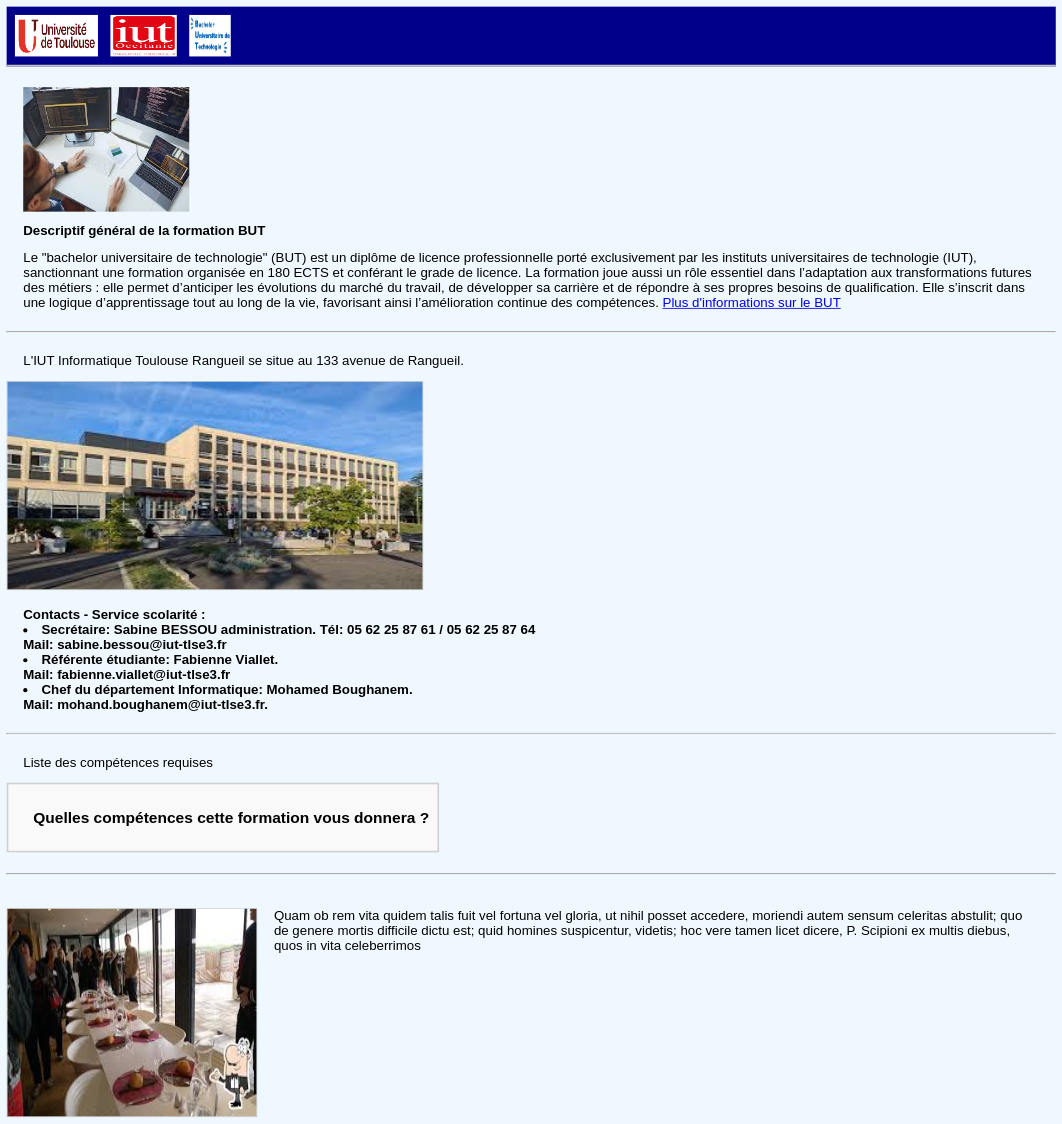
Repository: s0yManar/projet-web-R102
Page: MON.PROJET.HTML&CSS/page.accueil.html
An editor plug-in stored every save of this project. The page is shown before and after a run of saves, followed by the edit.
The browser window is 1280 px wide. The pictures show the whole page, at 83% of full size.

Above is the page before, as saved 2025-11-24 12:13:09.

After the next 9 saves:
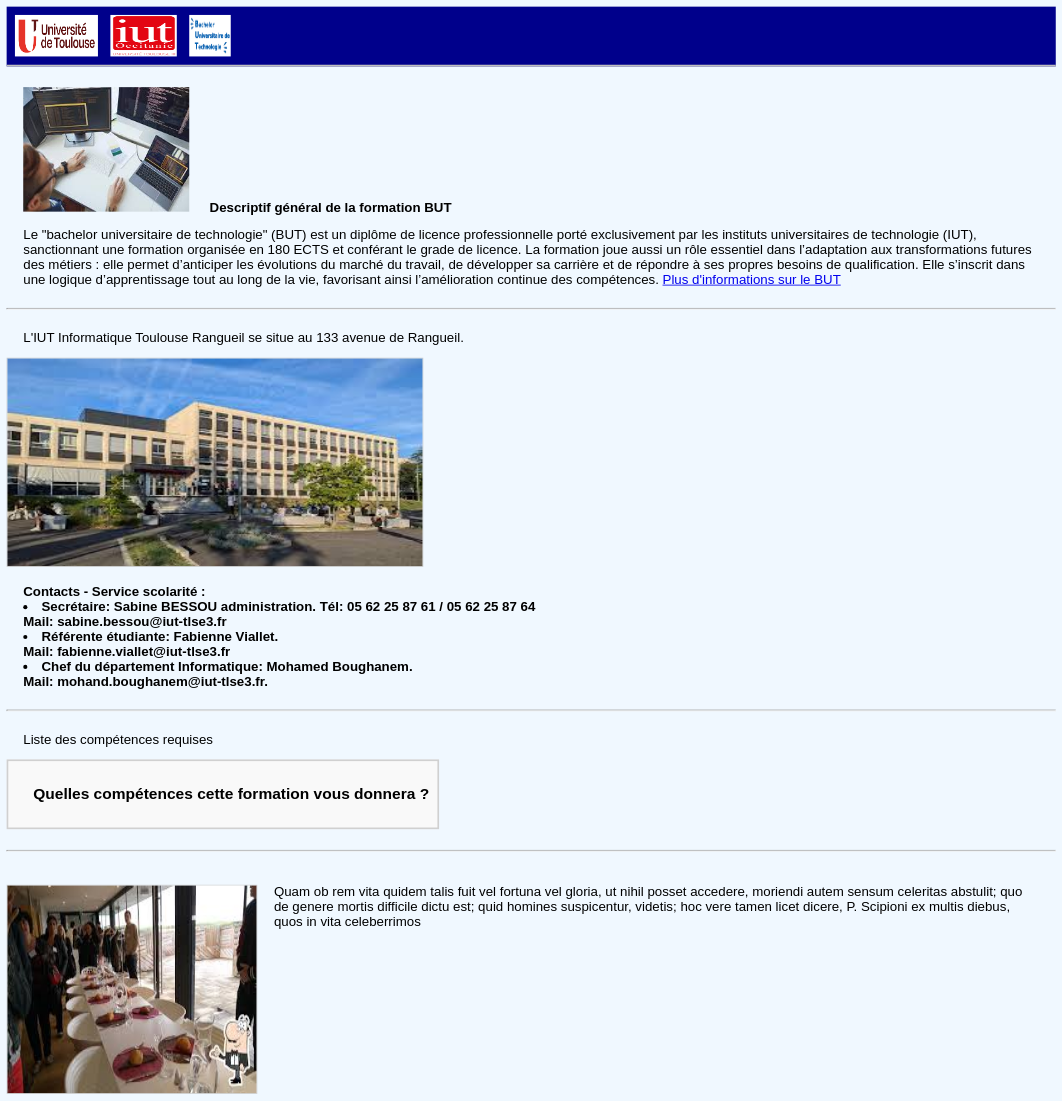
The 9 saves are shown as one change because they came seconds apart.
The last was saved 20 s later.
--- a/MON.PROJET.HTML&CSS/page-accueil.css
+++ b/MON.PROJET.HTML&CSS/page-accueil.css
@@ -21,7 +21,8 @@
 }
 
 #descriptif_BUT_img {
-
+    display:inline;
+    text-align: ;
     margin-left: 20px;
     margin-bottom: 10px
 }
